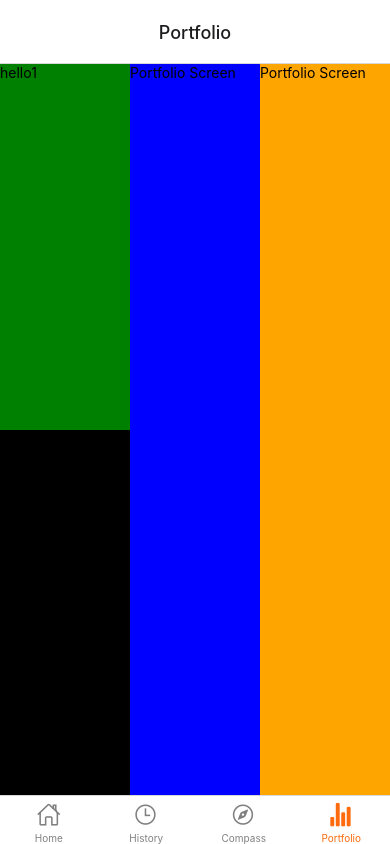
Repository: duongnoob23/WIND_SPEED_IOT
Screen: /Portfolio
An editor plug-in stored every save of this project. The screen is shown before and after the next save, followed by the edit.
The app was drawn by React Native's web renderer in a window 390 px wide. The project was rebuilt for these pictures with package versions that can differ from the ones it lists, and the page was loaded fresh each time. Also part of the build but not shown: src/page/screens/HomeScreen.js, src/page/screens/ExpensesScreen.js.

Above is the screen before, as saved 2025-03-11 14:46:15.

### App.tsx
import React from "react";
import { NavigationContainer } from "@react-navigation/native";
import AppNavigator from "./src/navigation/AppNavigator";

const App = (): JSX.Element => {
  return (
    <NavigationContainer>
      <AppNavigator />
    </NavigationContainer>
  );
};

export default App;

### src/navigation/AppNavigator.tsx
import React from "react";
import TabNavigator from "./TabNavigator";

const AppNavigator = () => {
  return <TabNavigator />;
};

export default AppNavigator;

### src/navigation/TabNavigator.tsx
import React from "react";
import { createBottomTabNavigator } from "@react-navigation/bottom-tabs";
import { Ionicons } from "@expo/vector-icons";

// Import các màn hình
import HomeScreen from "../page/screens/HomeScreen";
import ExpensesScreen from "../page/screens/ExpensesScreen";
import PortfolioScreen from "../page/screens/PortfolioScreen";
import BankAccountsScreen from "../page/screens/BankAccountsScreen";
import WindScreen from "../page/screens/WindScreen";
import CoreNavigation from "../page/screens/CoreNavigation";

const Tab = createBottomTabNavigator();

const TabNavigator = () => {
  return (
    <Tab.Navigator
      screenOptions={({ route }) => ({
        tabBarIcon: ({ focused, color, size }) => {
          let iconName: keyof typeof Ionicons.glyphMap;
          if (route.name === "Home") {
            iconName = focused ? "home" : "home-outline";
          } else if (route.name === "Expenses") {
            iconName = focused ? "cash" : "cash-outline";
          } else if (route.name === "Portfolio") {
            iconName = focused ? "stats-chart" : "stats-chart-outline";
          } else if (route.name === "BankAccounts") {
            iconName = focused ? "wallet" : "wallet-outline";
          } else if (route.name === "History") {
            iconName = focused ? "time" : "time-outline"; // Ví dụ
          } else if (route.name === "Compass") {
            iconName = focused ? "compass" : "compass-outline"; // Ví dụ
          } else {
            iconName = "help-circle-outline";
          }
          return <Ionicons name={iconName} size={size} color={color} />;
        },
        tabBarActiveTintColor: "#FF6B0D",
        tabBarInactiveTintColor: "gray",
        headerTitleAlign: "center",
      })}
    >
      <Tab.Screen name="Home" component={WindScreen} />
      <Tab.Screen name="History" component={HomeScreen} />
      <Tab.Screen name="Compass" component={ExpensesScreen} />
      <Tab.Screen name="Portfolio" component={PortfolioScreen} />
      {/* <Tab.Screen name="BankAccounts" component={BankAccountsScreen} />
      <Tab.Screen name="Core" component={CoreNavigation} /> */}
    </Tab.Navigator>
  );
};
export default TabNavigator;

### src/page/screens/PortfolioScreen.js
import React from "react";
import { View, Text, StyleSheet } from "react-native";

export default function PortfolioScreen() {
  return (
    <View style={styles.container}>
      {/* Box1 */}
      <View style={styles.box1}>
        <View style={styles.box11}>
          <Text style={styles.text}>hello1</Text>
        </View>
        <View style={styles.box12}>
          <Text style={styles.text}>hello2</Text>
        </View>
      </View>

      {/* Box2 */}
      <View style={styles.box2}>
        <Text style={styles.text}>Portfolio Screen</Text>
      </View>

      {/* Box3 */}
      <View style={styles.box3}>
        <Text style={styles.text}>Portfolio Screen</Text>
      </View>
    </View>
  );
}

const styles = StyleSheet.create({
  container: {
    flex: 1,
    // justifyContent: "center",
    // alignItems: "center",
    flexDirection: "row",
    // flexDirection: "column",
  },
  box1: {
    width: "100%",
    flex: 1,
    backgroundColor: "red",
    flexDirection: "column",
  },
  box11: {
    flex: 1,
    backgroundColor: "green",
  },
  box12: {
    flex: 1,
    backgroundColor: "black",
  },

  box2: {
    width: "100%",
    flex: 1,
    backgroundColor: "blue",
  },
  box3: {
    width: "100%",
    flex: 1,
    backgroundColor: "orange",
  },
});

// học css bootstrap
// học css grip
// học css evondev

### src/page/screens/WindScreen.js
// import React from "react";
// import { View, Text, StyleSheet } from "react-native";
// // Ionicons (hoặc dùng bất kỳ bộ icon nào bạn thích)
// import { Ionicons } from "@expo/vector-icons";

// const WindScreen = () => {
//   // Dữ liệu demo
//   const windSpeed = 7.8; // Đơn vị m/s (hoặc km/h)
//   const windLevel = "Gentle Breeze"; // Mức độ gió (tùy vào thang đo Beaufort)

//   return (
//     <View style={styles.container}>
//       {/* Tiêu đề (ví dụ hiển thị tên địa điểm, có thể bỏ nếu không cần) */}
//       <Text style={styles.locationText}>Hà Nội, Việt Nam</Text>

//       {/* Icon gió lớn ở giữa */}
//       <Ionicons name="md-wind" size={120} color="#fff" style={styles.icon} />

//       {/* Thông số tốc độ gió */}
//       <Text style={styles.windSpeed}>{windSpeed} m/s</Text>

//       {/* Mô tả mức độ gió */}
//       <Text style={styles.windLevel}>{windLevel}</Text>
//     </View>
//   );
// };

// export default WindScreen;

// const styles = StyleSheet.create({
//   container: {
//     flex: 1,
//     backgroundColor: "#4776E6", // Màu nền giả lập, bạn có thể đổi thành gradient
//     alignItems: "center",
//     justifyContent: "center",
//   },
//   locationText: {
//     fontSize: 20,
//     color: "#fff",
//     marginBottom: 20,
//   },
//   icon: {
//     marginVertical: 20,
//   },
//   windSpeed: {
//     fontSize: 50,
//     color: "#fff",
//     fontWeight: "bold",
//     marginBottom: 10,
//   },
//   windLevel: {
//     fontSize: 24,
//     color: "#fff",
//   },
// });

import React, { useEffect } from "react";
import { View, Text, StyleSheet, Animated, ScrollView } from "react-native";
import Icon from "react-native-vector-icons/FontAwesome"; // Sử dụng FontAwesome từ react-native-vector-icons

const WindScreen = () => {
  // Animated value cho hiệu ứng rung
  const shakeAnimation = new Animated.Value(0);

  // Dữ liệu demo
  const currentWindSpeed = 11; // m/s (theo hình ảnh)
  const windLevel = "Heavy Rain"; // Theo hình ảnh
  const forecastData = [
    { day: "Two hours ago", speed: 6.5, icon: "cloud" },
    { day: "One hours ago", speed: 11, icon: "cloud" },
    { day: "Now", speed: 7.8, icon: "cloud" },
  ];

  // Hiệu ứng rung cho icon
  useEffect(() => {
    const animate = () => {
      Animated.sequence([
        Animated.timing(shakeAnimation, {
          toValue: 10,
          duration: 100,
          useNativeDriver: true,
        }),
        Animated.timing(shakeAnimation, {
          toValue: -10,
          duration: 100,
          useNativeDriver: true,
        }),
        Animated.timing(shakeAnimation, {
          toValue: 0,
          duration: 100,
          useNativeDriver: true,
        }),
      ]).start(() => setTimeout(animate, 2000)); // Lặp lại sau 2 giây
    };
    animate();
  }, [shakeAnimation]);

  const shakeStyle = {
    transform: [{ translateX: shakeAnimation }],
  };

  return (
    // <ScrollView>
    <View style={styles.container}>
      <Text style={styles.locationText}>London, United Kingdom</Text>

      <Animated.View style={[styles.iconContainer, shakeStyle]}>
        <Icon name="cloud" size={120} color="#FFD60A" />
      </Animated.View>

      <Text style={styles.windSpeed}>{currentWindSpeed} km/h</Text>
      <Text style={styles.windLevel}>{windLevel}</Text>

      <View style={styles.forecastContainer}>
        {forecastData.map((item, index) => (
          <View key={index} style={styles.forecastBox}>
            <Text style={styles.forecastDay}>{item.day}</Text>
            <Icon name={item.icon} size={30} color="#fff" />
            <Text style={styles.forecastSpeed}>{item.speed} m/s</Text>
          </View>
        ))}
      </View>
    </View>
    // {/* </ScrollView> */}
  );
};

export default WindScreen;

const color1 = "black";

const styles = StyleSheet.create({
  container: {
    flex: 1,
    // backgroundColor: "rgba(0, 0, 0, 0.5)", // Nền mờ ảo
    backgroundColor: "black",
    // borderColor: "black",
    // borderWidth: 10,
    alignItems: "center",
    justifyContent: "center",
    padding: 20,
  },
  locationText: {
    fontSize: 20,
    color: "#fff",
    marginBottom: 20,
    textAlign: "center",
  },
  iconContainer: {
    marginVertical: 20,
  },
  windSpeed: {
    fontSize: 50,
    color: "#FFD60A",
    fontWeight: "bold",
    marginBottom: 20,
    textAlign: "center",
  },
  windLevel: {
    fontSize: 24,
    color: "#fff",
    textAlign: "center",
    marginBottom: 100,
  },
  forecastContainer: {
    flexDirection: "row",
    justifyContent: "space-between",
    width: "100%",
  },
  forecastBox: {
    backgroundColor: "rgba(255, 255, 255, 0.2)", // Ô vuông mờ
    borderWidth: 1,
    borderColor: "#fff",
    borderRadius: 10,
    padding: 10,
    alignItems: "center",
    width: "30%",
  },
  forecastDay: {
    fontSize: 12,
    color: "#fff",
    marginBottom: 5,
  },
  forecastSpeed: {
    fontSize: 18,
    color: "#fff",
    fontWeight: "bold",
  },
});

After the next save:
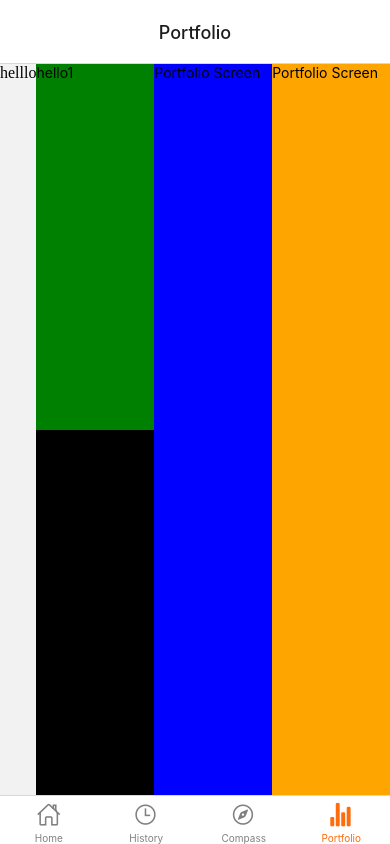
Saved 9 s later.
--- a/src/page/screens/PortfolioScreen.js
+++ b/src/page/screens/PortfolioScreen.js
@@ -5,6 +5,7 @@ export default function PortfolioScreen() {
   return (
     <View style={styles.container}>
       {/* Box1 */}
+      helllo
       <View style={styles.box1}>
         <View style={styles.box11}>
           <Text style={styles.text}>hello1</Text>
@@ -13,12 +14,10 @@ export default function PortfolioScreen() {
           <Text style={styles.text}>hello2</Text>
         </View>
       </View>
-
       {/* Box2 */}
       <View style={styles.box2}>
         <Text style={styles.text}>Portfolio Screen</Text>
       </View>
-
       {/* Box3 */}
       <View style={styles.box3}>
         <Text style={styles.text}>Portfolio Screen</Text>
